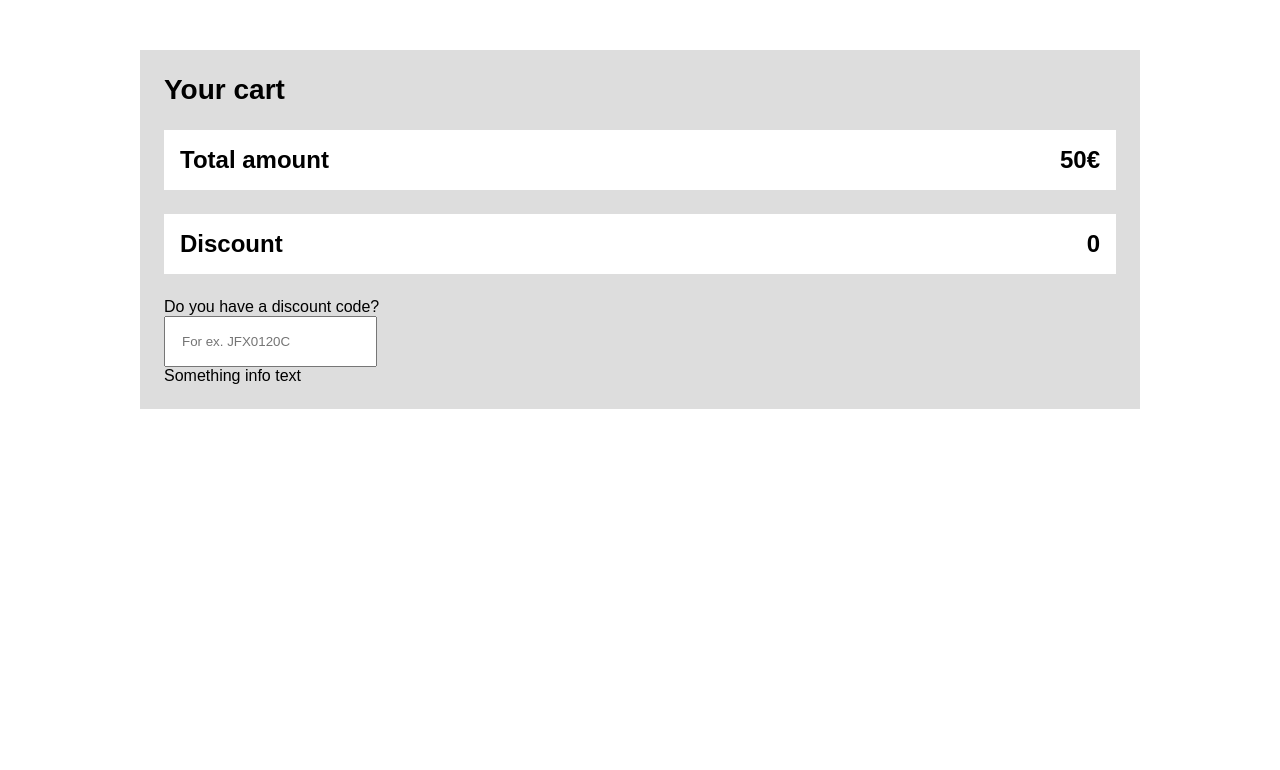
Repository: kcvijay/cart-discoutcodes
Page: /
The author's editor kept a copy of each file at every save. The page is drawn from the files as they stood at one save, then again after the next save.
The browser window is 1280 px wide. The pictures show the whole page.
The project was rebuilt for these pictures with package versions that can differ from the ones it lists, and the page was loaded fresh each time. Also part of the build but not shown: src/App.css.

Above is the page before, as saved 2023-05-17 11:32:02.

### public/index.html
<!DOCTYPE html>
<html lang="en">
  <head>
    <meta charset="utf-8" />
    <link rel="icon" href="%PUBLIC_URL%/favicon.ico" />
    <meta name="viewport" content="width=device-width, initial-scale=1" />
    <meta name="theme-color" content="#000000" />
    <meta
      name="description"
      content="Discount Codes searching, fetching and enabling for the cart system."
    />
    <link rel="apple-touch-icon" href="%PUBLIC_URL%/logo192.png" />
    <link rel="manifest" href="%PUBLIC_URL%/manifest.json" />
    <title>Discount Codes for Cart</title>
  </head>
  <body>
    <noscript>You need to enable JavaScript to run this app.</noscript>
    <div id="root"></div>

  </body>
</html>

### src/index.css
* {
  margin: 0;
  padding: 0;
  box-sizing: border-box;
  scroll-behavior: smooth;
}

body {
  max-width: 100vw;
  min-height: 100vh;
  font-family: Arial, Helvetica, sans-serif;
}

.main-wrapper {
  max-width: 1000px;
  min-height: auto;
  background-color: #ddd;
  margin: 50px auto;
  padding: 1.5rem;
}

.content-header {
  font-size: 1.75rem;
  margin-bottom: 1.5rem;
}

.detail-block {
  display: flex;
  justify-content: space-between;
  padding: 1rem;
  background: #fff;
  margin-bottom: 1.5rem;
}
/****/
/****/

form label {
  display: block;
  margin-bottom: 1rem;
}

form input {
  padding: 1rem;
  font-family: inherit;
  max-width: 50vw;
}

### src/App.tsx
import React from "react";
import "./App.css";
import CartInput from "./CartInput";

function App() {
  return (
    <div className="App">
      <CartInput />
    </div>
  );
}

export default App;

### src/CartInput.tsx
import React from "react";

const CartInput = () => {
  return (
    <div className="main-wrapper">
      <h2 className="content-header">Your cart</h2>
      <div className="detail-block">
        <h2>Total amount</h2>
        <h2>{"50€"}</h2>
      </div>
      <div className="detail-block">
        <h2>Discount</h2>
        <h2>{"0"}</h2>
      </div>
      <p>Do you have a discount code?</p>
      <form>
        <input
          type="text"
          name="discountCode"
          id="discountCode"
          placeholder="For ex. JFX0120C"
        />
      </form>
      <p className="info-text">Something info text</p>
    </div>
  );
};

export default CartInput;

Loaded but not shown: src/index.tsx (common file); src/reportWebVitals.ts (common file)

After the next save:
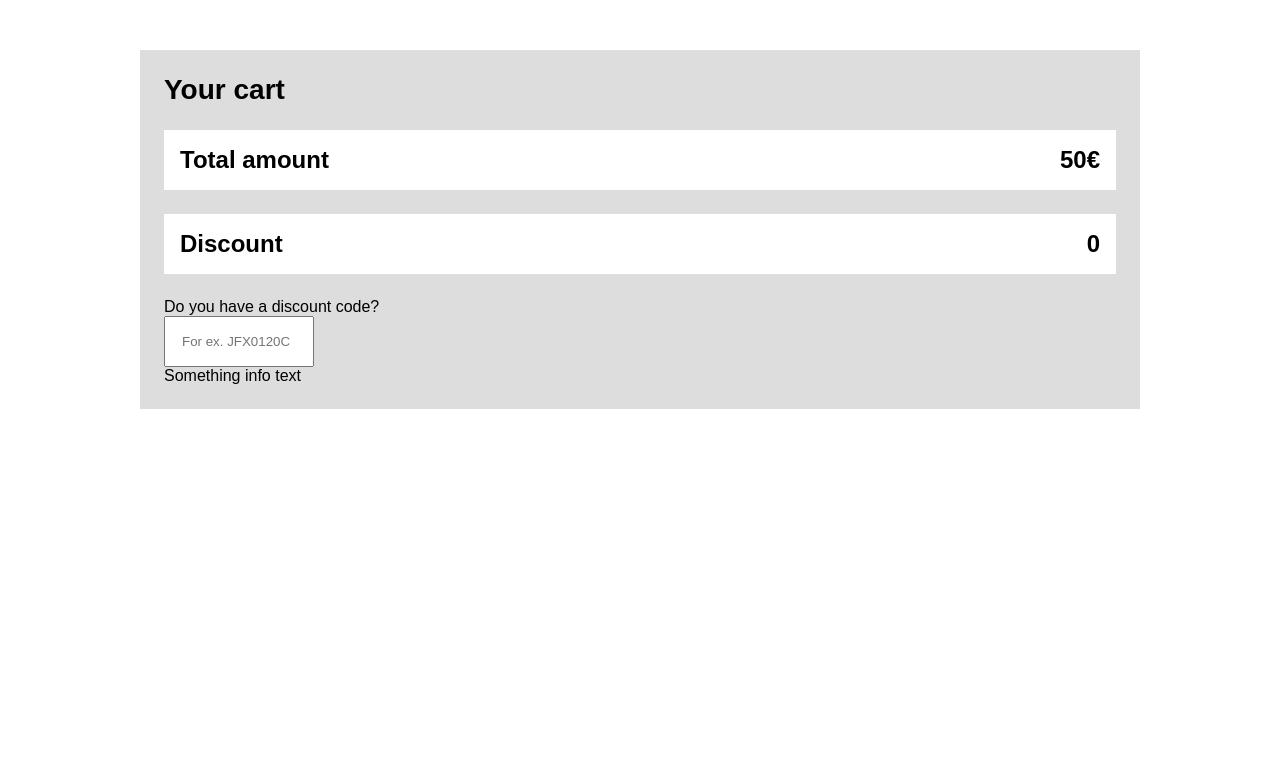
Saved 8 s later.
--- a/src/index.css
+++ b/src/index.css
@@ -42,5 +42,5 @@
 form input {
   padding: 1rem;
   font-family: inherit;
-  max-width: 50vw;
+  max-width: 150px;
 }

After the save that followed:
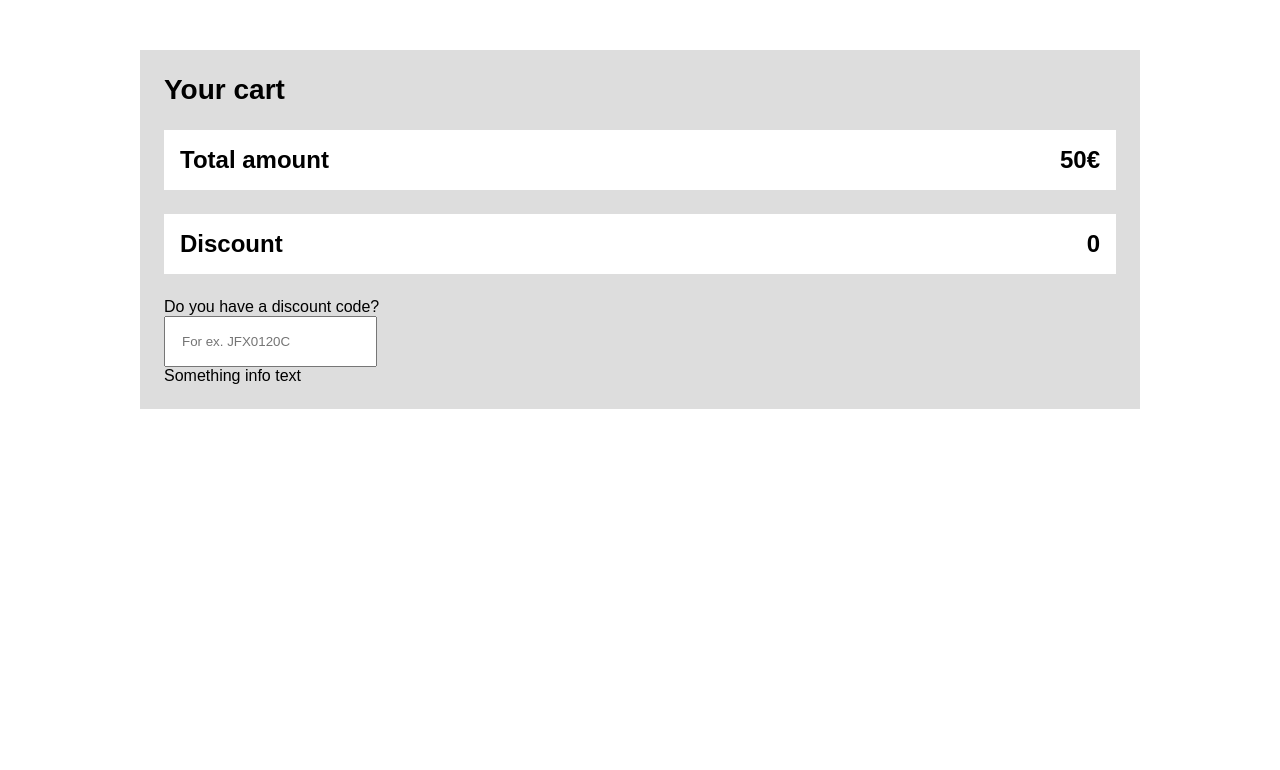
Saved 7 s later.
--- a/src/index.css
+++ b/src/index.css
@@ -42,5 +42,5 @@
 form input {
   padding: 1rem;
   font-family: inherit;
-  max-width: 150px;
+  min-width: 150px;
 }
